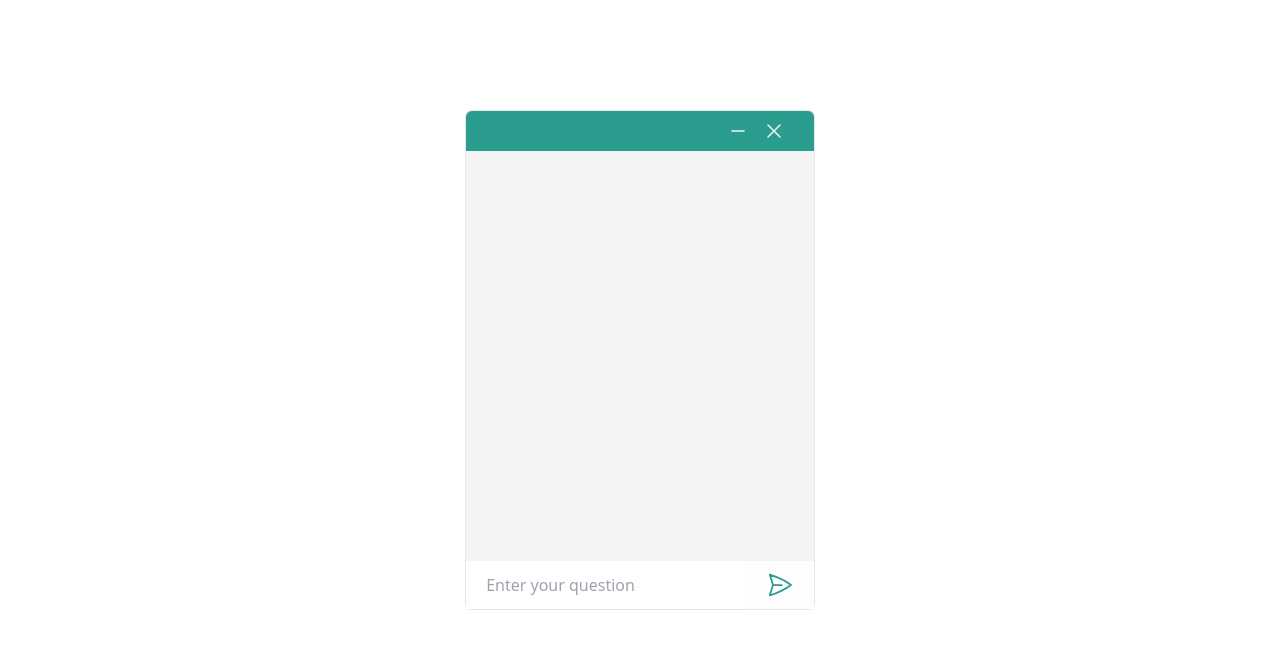
Repository: hsumyatm7308/Chatbot
Page: index.html
An editor plug-in stored every save of this project. The page is shown before and after a run of saves, followed by the edit.
The browser window is 1280 px wide. The pictures show the whole page.
Some web libraries are served in a nearby version.

Above is the page before, as saved 2023-07-08 17:29:05.

After the next 2 saves:
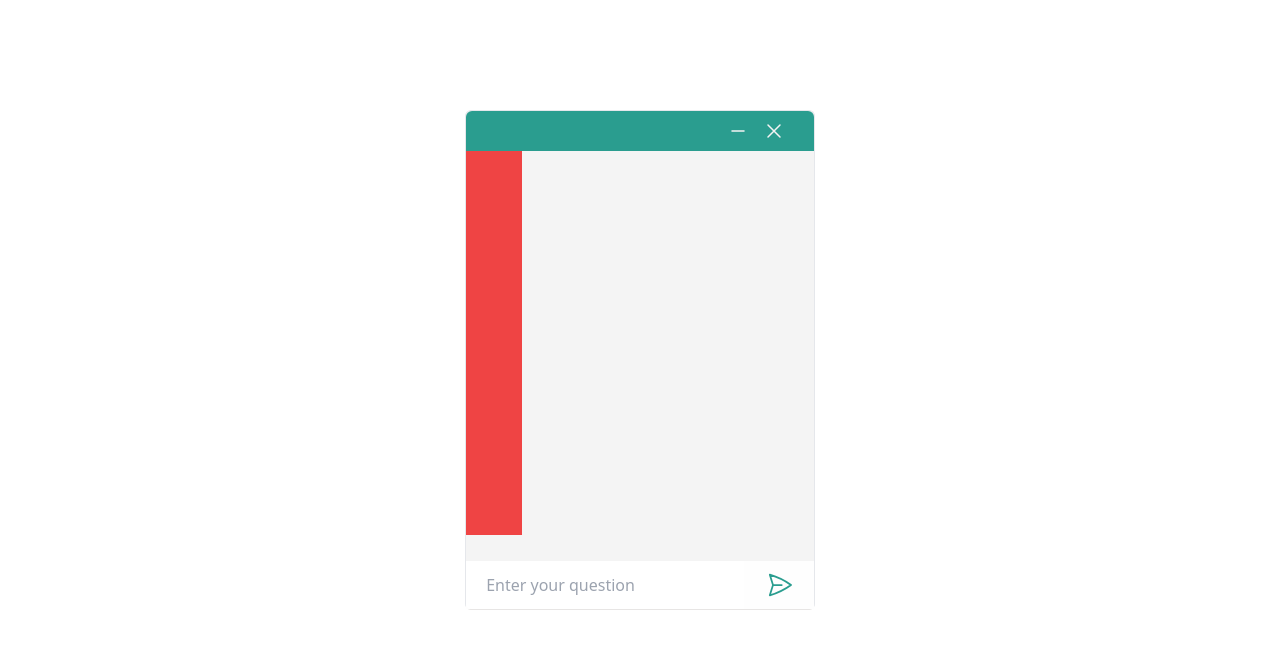
The 2 saves are shown as one change because they came seconds apart.
The last was saved 15 s later.
--- a/index.html
+++ b/index.html
@@ -25,7 +25,7 @@
             </div>
 
             <div class="w-full h-auto overflow-y-auto">
-                 <div class="w-14 h-auto bg-red-500 profile-side">
+                 <div class="w-14 h-96 bg-red-500 profile-side">
 
                  </div>
             </div>

After the save that followed:
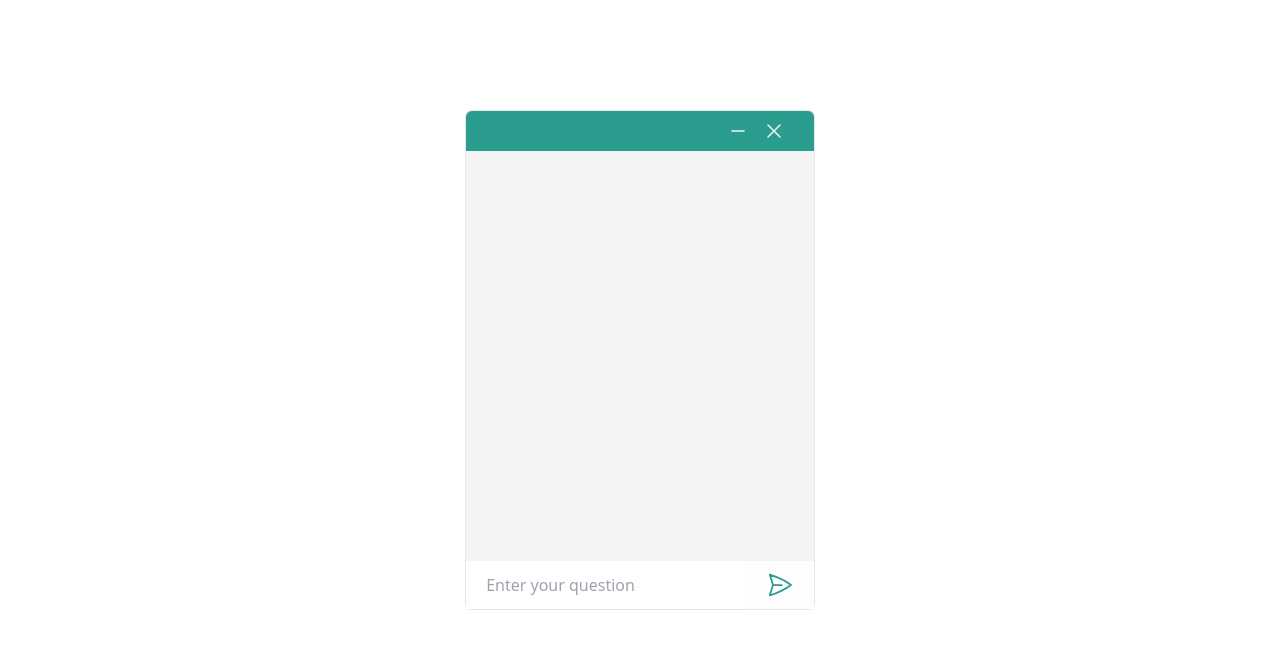
Saved 30 s later.
--- a/index.html
+++ b/index.html
@@ -25,7 +25,7 @@
             </div>
 
             <div class="w-full h-auto overflow-y-auto">
-                 <div class="w-14 h-96 bg-red-500 profile-side">
+                 <div class="w-14 h-[10%] bg-red-500 profile-side">
 
                  </div>
             </div>
